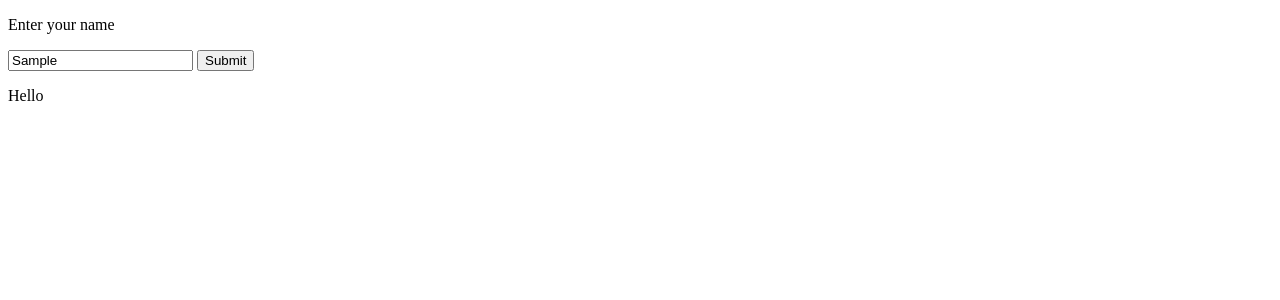
Repository: anmho/rock-paper-scissors
Page: index.html
An editor plug-in stored every save of this project. The page is shown before and after the next save, followed by the edit.
The browser window is 1280 px wide. The pictures show the whole page.
Empty fields were first filled with sample values (such as "Sample", 5 or name@example.com).
After loading, the first visible `#submitName` was clicked once.

Above is the page before, as saved 2021-10-26 21:09:15.

After the next save:
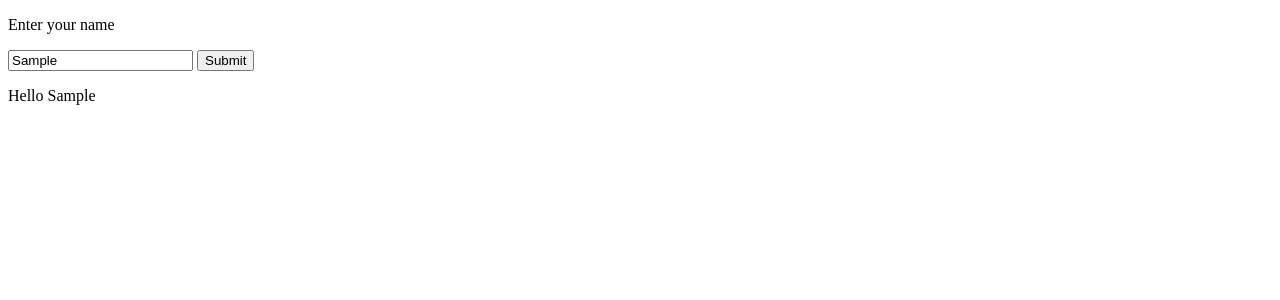
Saved 29 s later.
--- a/app.js
+++ b/app.js
@@ -3,7 +3,7 @@ const nameField = document.getElementById("submitName");
 const renderGreeting = () => {
   const textField = document.getElementById("enterName");
   const greeting = document.getElementById("greeting");
-  greeting.innerHTML = `Hello ${textField.innerHTML}`;
+  greeting.innerHTML = `Hello ${textField.value}`;
 };
 
 nameField.addEventListener("click", renderGreeting);
